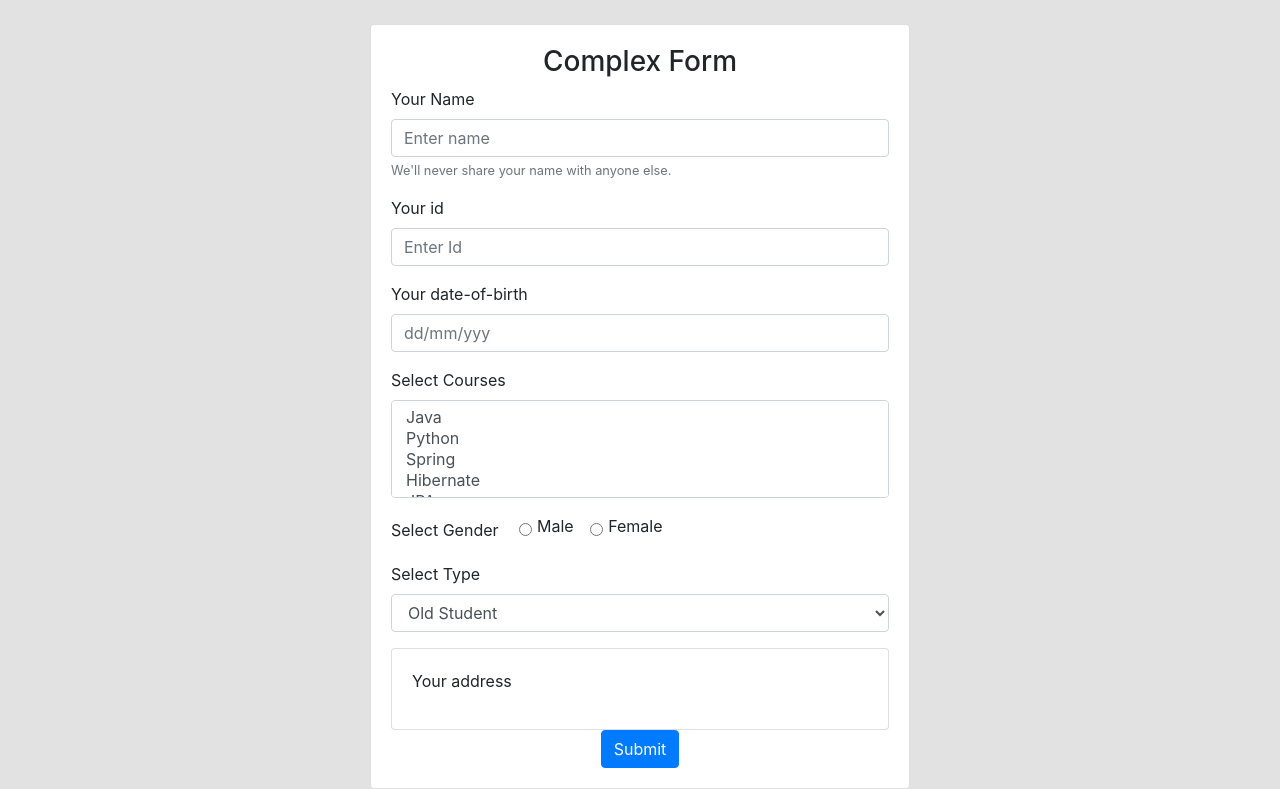
Repository: agupta003/3-18-2024
Page: http://localhost/spring-mvc-orm-db-Fileupload-multipart-resolver/WEB-INF/views/jsp/complex_form.jsp
These files come from the project's save history. The page is drawn as it stood at one moment and after the next save; the edit follows.
The browser window is 1280 px wide. The pictures show the whole page.
Some web libraries are served in a nearby version. The page is served by Tomcat 10. Nobody is signed in. Other server files are loaded and not shown. The template is opened directly, without the code that normally fills it, so the values that code supplies are empty.

Above is the page before, as saved 2024-03-28 04:24:56.

### spring-mvc-orm-db-Fileupload-multipart-resolver/src/main/webapp/WEB-INF/views/jsp/complex_form.jsp
<!doctype html>
<html lang="en">
<head>
<!-- Required meta tags -->
<meta charset="utf-8">
<meta name="viewport"
	content="width=device-width, initial-scale=1, shrink-to-fit=no">

<!-- Bootstrap CSS -->
<link rel="stylesheet"
	href="https://cdn.jsdelivr.net/npm/bootstrap@4.0.0/dist/css/bootstrap.min.css"
	integrity="sha384-Gn5384xqQ1aoWXA+058RXPxPg6fy4IWvTNh0E263XmFcJlSAwiGgFAW/dAiS6JXm"
	crossorigin="anonymous">

<title>Hello, world!</title>
</head>
<body class="" style="background: #e2e2e2;">
	<div class="container mt-4">
		<div class="row">
			<div class="col-md-6 offset-md-3">
				<div class="card">
					<div class="card-body">
						<h3 class="text-center">Complex Form</h3>
						<form action="handleform" method="post">
							<div class="form-group">
								<label for="exampleInputEmail1">Your Name</label> <input
									name="name" ytpe="text" class="form-control"
									id="exampleInputEmail1" aria-describedby="emailHelp"
									placeholder="Enter name"> <small id="emailHelp"
									class="form-text text-muted">We'll never share your
									name with anyone else.</small>
							</div>
							<div class="form-group">
								<label for="exampleInputEmail1">Your id</label>
									<input name="id" type="text" class="form-control" id="exampleInputEmail1"
										aria-describedby="emailHelp" placeholder="Enter Id">
							</div>
							<div class="form-group">
								<label for="exampleInputEmail1">Your date-of-birth</label>
								<input name="date" type="text" class="form-control"id="exampleInputEmail1"
								placeholder="dd/mm/yyy" aria-describedby="emailHelp">
							</div>
							<div class="form-group">
								<label for="exampleFromControlSelect1">Select Courses</label>
								<select name="courses" type="text" class="form-control"  id="exampleFromControlSelect1" multiple>
									<option>Java</option>
									<option>Python</option>
									<option>Spring</option>
									<option>Hibernate</option>
									<option>JPA</option>
								</select>
							</div>
							<div class="form-group">
								<span class="mr-3">Select Gender</span>
								<div class="form-check form-check-inline">
									<input class="form-check-input" type="radio" name="gender" id="inlineRadio1" value="male">
										<label class="form-check-lable" for="inlineRadio1">Male</label>
								</div>
								<div class="form-check- form-check-inline">
									<input class="form-check-input" type="radio" name="gender" id="inlineRadio2" value="female">
										<label class="form-check-lable" for="inlineRadio2">Female</label>
								</div>
							</div>
							<div class="form-group">
								<label for="">Select Type</label>
								<select class="form-control" name="type">
									<option value="oldstudent">Old Student</option>
									<option value="normalstudent">Normal Student</option>
								</select>
							</div>
							<div class="card">
							<div class="card-body">
							<p>Your address</p>
							</div></div>
							<div class="container- text-center">
							<button type="submit" class="btn btn-primary">Submit</button>
							</div>
					</form>
				</div>
			</div>
		</div>
	</div>
	</div>


	<!-- Optional JavaScript -->
	<!-- jQuery first, then Popper.js, then Bootstrap JS -->
	<script src="https://code.jquery.com/jquery-3.2.1.slim.min.js"
		integrity="sha384-KJ3o2DKtIkvYIK3UENzmM7KCkRr/rE9/Qpg6aAZGJwFDMVNA/GpGFF93hXpG5KkN"
		crossorigin="anonymous"></script>
	<script
		src="https://cdn.jsdelivr.net/npm/popper.js@1.12.9/dist/umd/popper.min.js"
		integrity="sha384-ApNbgh9B+Y1QKtv3Rn7W3mgPxhU9K/ScQsAP7hUibX39j7fakFPskvXusvfa0b4Q"
		crossorigin="anonymous"></script>
	<script
		src="https://cdn.jsdelivr.net/npm/bootstrap@4.0.0/dist/js/bootstrap.min.js"
		integrity="sha384-JZR6Spejh4U02d8jOt6vLEHfe/JQGiRRSQQxSfFWpi1MquVdAyjUar5+76PVCmYl"
		crossorigin="anonymous"></script>
</body>
</html>

After the next save:
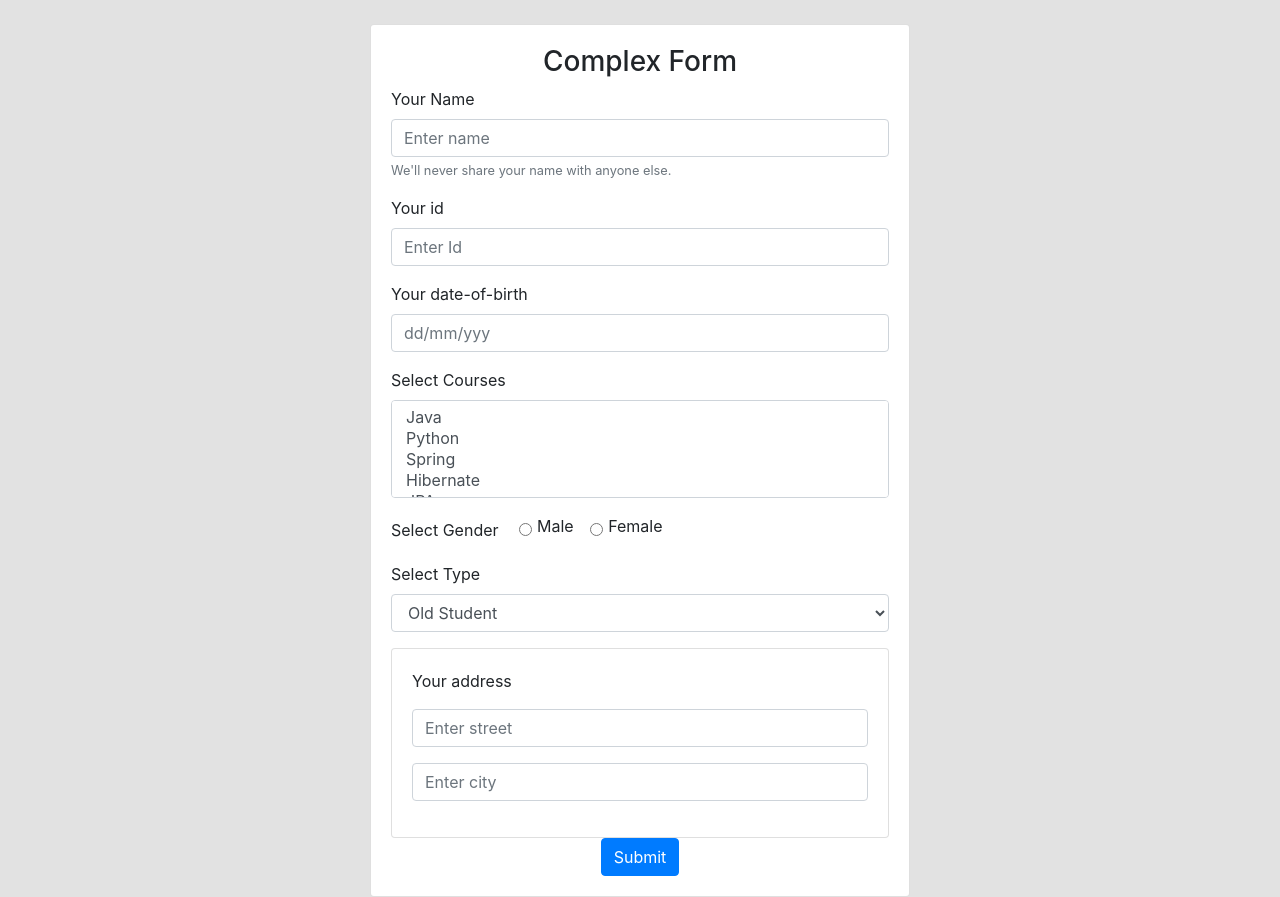
Saved 117 s later.
--- a/spring-mvc-orm-db-Fileupload-multipart-resolver/src/main/webapp/WEB-INF/views/jsp/complex_form.jsp
+++ b/spring-mvc-orm-db-Fileupload-multipart-resolver/src/main/webapp/WEB-INF/views/jsp/complex_form.jsp
@@ -71,6 +71,8 @@
 							<div class="card">
 							<div class="card-body">
 							<p>Your address</p>
+							<div class="form-group"><input type="text" class="form-control" placeholder="Enter street"></div>
+							<div class="form-group"><input type="text" class="form-control" placeholder="Enter city"></div>
 							</div></div>
 							<div class="container- text-center">
 							<button type="submit" class="btn btn-primary">Submit</button>
